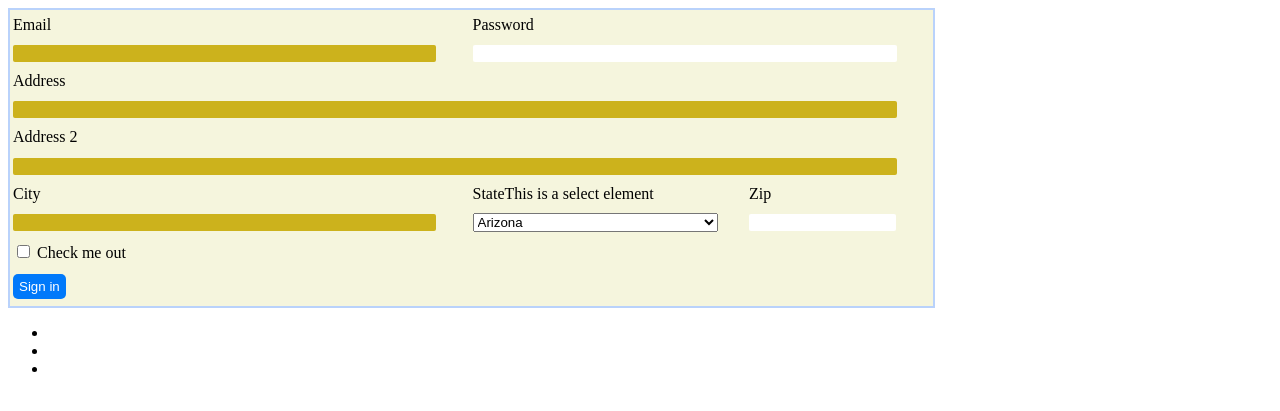
Repository: LongNguyen2504/T3H-FrondEnd
Page: Lesson2_CSS_HomeWork1.html
The author's editor kept a copy of each file at every save. The page is drawn from the files as they stood at one save, then again after the next save.
The browser window is 1280 px wide. The pictures show the whole page.

Above is the page before, as saved 2021-11-29 20:53:12.

After the next save:
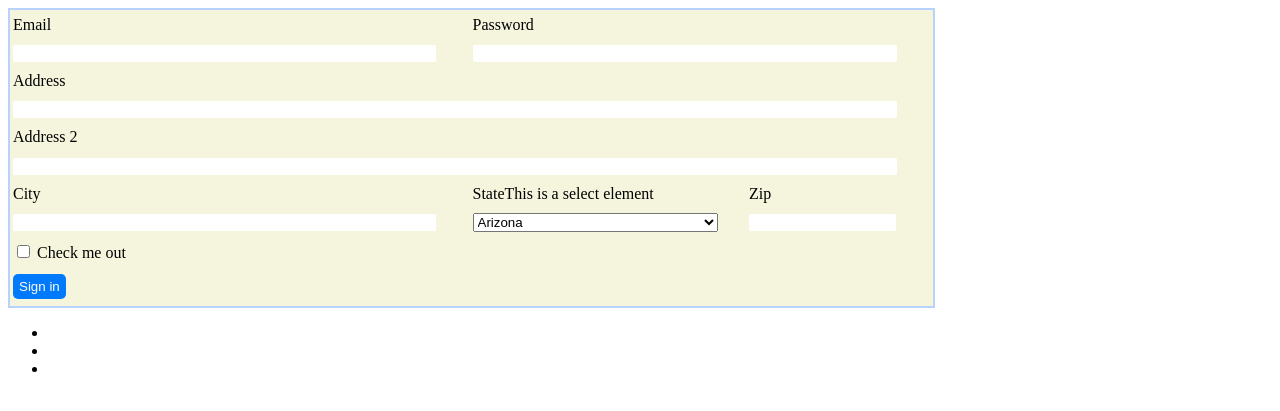
Saved 17 s later.
--- a/Lesson2_CSS_HomeWork1.css
+++ b/Lesson2_CSS_HomeWork1.css
@@ -55,9 +55,9 @@ div{
     height: 25px;
     background-color: #0079fa;
 }
-input[type="text"]{
+/* input[type="text"]{
     background-color: rgb(204, 178, 28);
-}
+} */
 #label-state::after{
     content: "This is a select element";
 }
